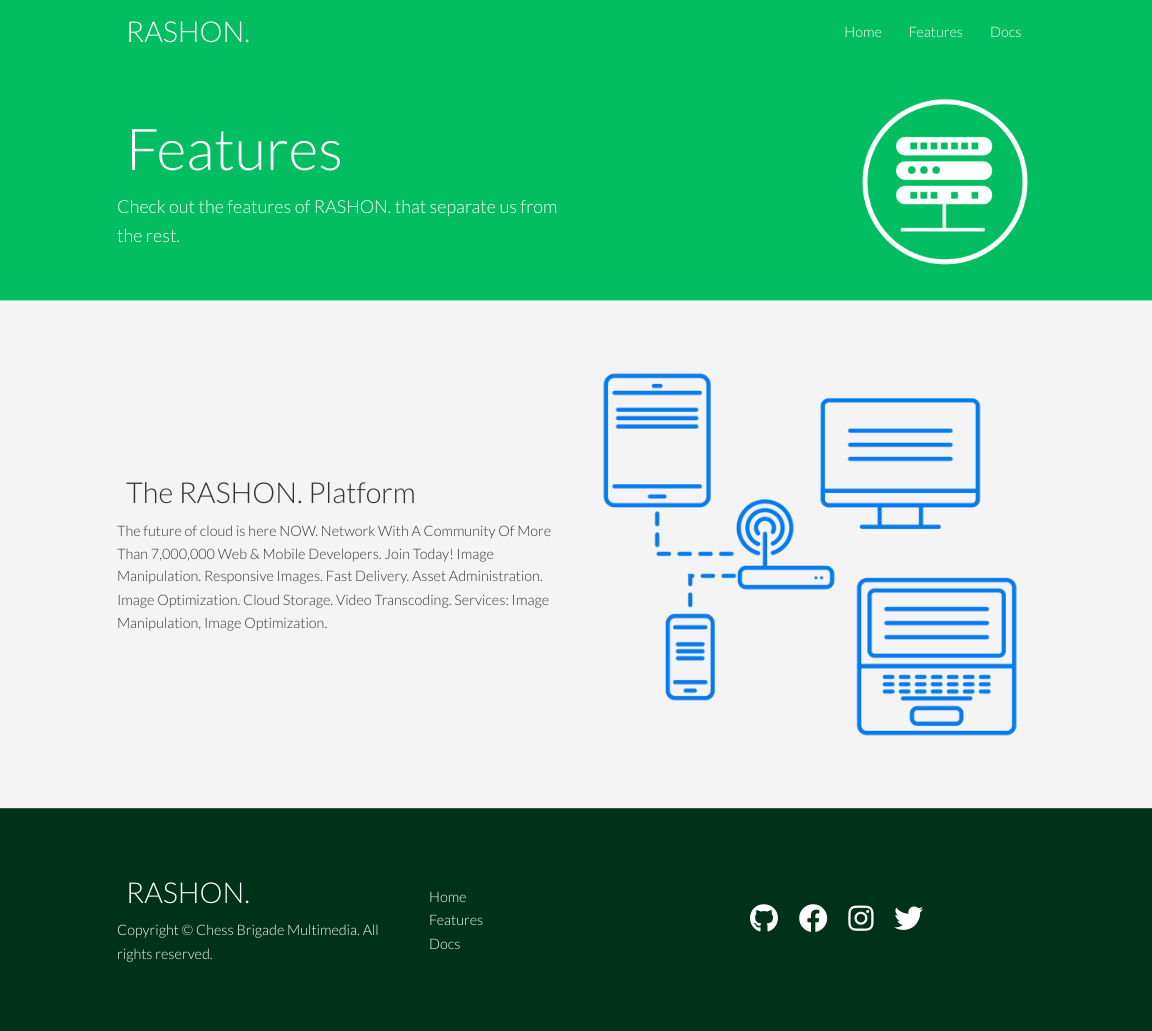
Repository: Skilis/website-modern
Page: features.html
An editor plug-in stored every save of this project. The page is shown before and after the next save, followed by the edit.
The browser window is 1280 px wide. The pictures show the whole page, at 90% of full size.

Above is the page before, as saved 2020-10-23 17:17:20.

After the next save:
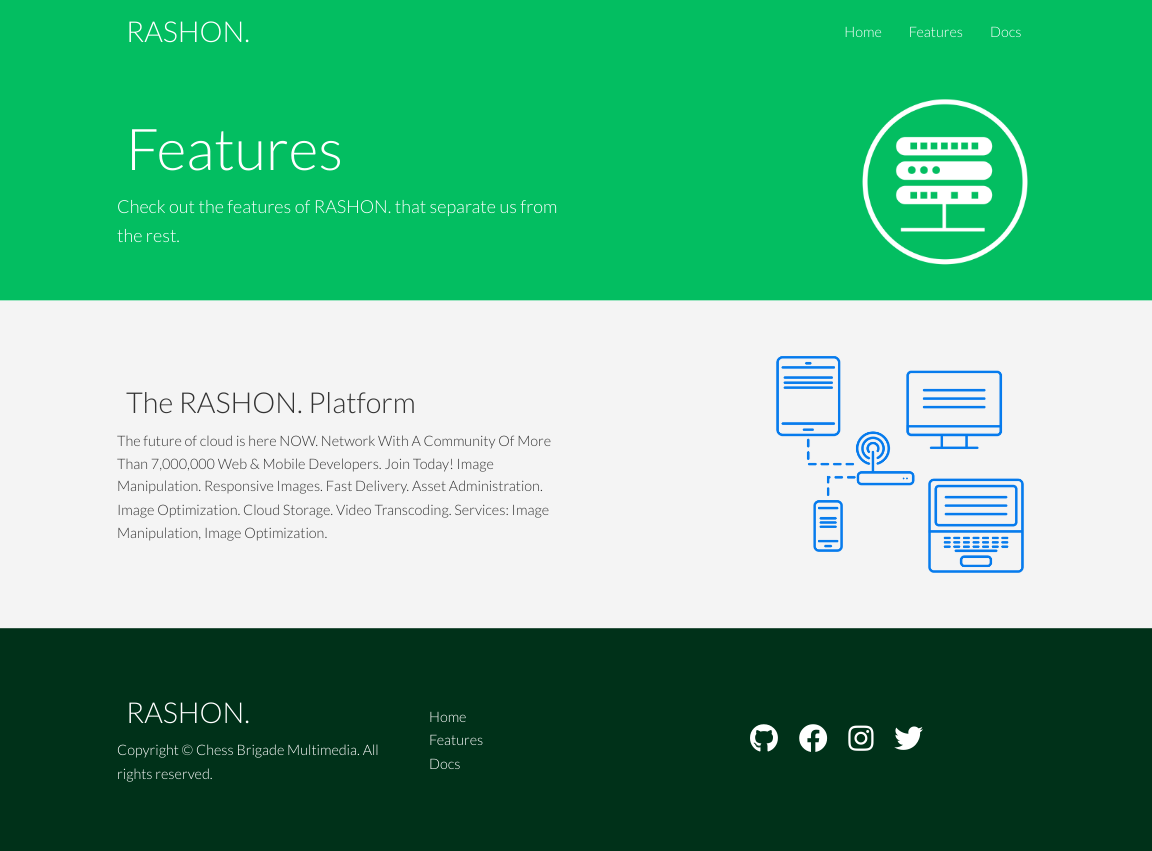
Saved 23 s later.
--- a/css/style.css
+++ b/css/style.css
@@ -199,6 +199,11 @@ img {
   justify-self: flex-end;
 }
 
+.features-sub-head img {
+  width: 300px;
+  justify-self: flex-end;
+}
+
 /* Footer */
 
 .footer .social a {
